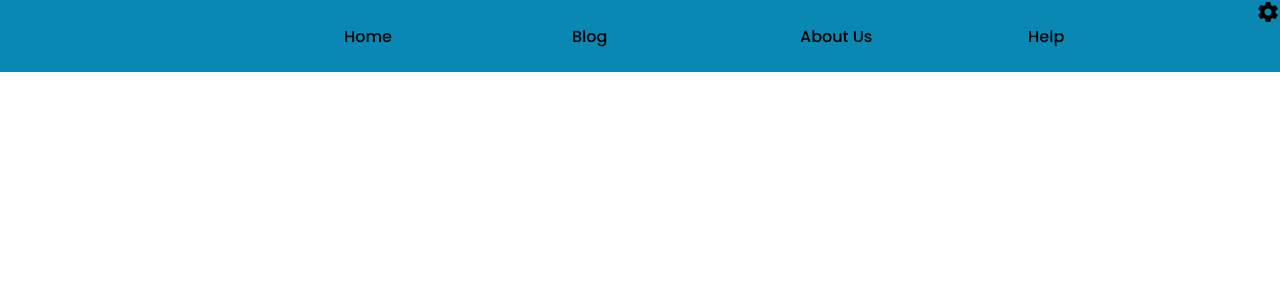
Repository: rockymalubay/Collab1
Page: index.html
These files come from the project's save history. The page is drawn as it stood at one moment and after the next save; the edit follows.
The browser window is 1280 px wide. The pictures show the whole page.

Above is the page before, as saved 2020-02-13 14:38:39.

### index.html
<!DOCTYPE html>
<html lang="en">
    <head>
        <meta charset="UTF-8">
        <title>Collab1</title>
        <link href="https://fonts.googleapis.com/icon?family=Material+Icons"
      rel="stylesheet">
      <link href="https://fonts.googleapis.com/css?family=Poppins:500&display=swap"
      rel="stylesheet">
        <link rel="stylesheet" href="header.css">
        <!-- Enter Your links to css-->
    </head>
    <body>
        <header id="header">
            <div id="logo"> <img src=""> </div>
            <ul id="menubar">
                <li class="menu">Home</li>
                <li class="menu">Blog</li>
                <li class="menu">About Us</li>
                <li class="menu">Help</li>
            </ul>
            <div id="buttons"><i class="material-icons">
                settings
                </i></div>
        <div id="settings">
            <!-- Settings Start-->

            <!-- Settings end-->
        </div>
        <div id="avatar">
            <!-- Avatar Start-->


            <!-- Avatar End-->
        </div>
        <footer id="footer ">
            <!-- Footer Starts -->

            <!-- Footer Ends-->
        </footer>


        <!-- Enter your js scripts here-->

        <script src="header.js"></script>
    </body>
</html>

### header.css
body {
    margin: 0;
}
#header {
    width: 100vw;
    height: 10vh;
    position: fixed;
    display: flex;
    flex-direction: row;
    background-color: rgb(9, 136, 179);
}
#logo{
    flex: 1;
    justify-content: center;
    align-items: center;
}
#menubar{
    display: flex;
    flex: 3;
    justify-content: center;
    align-items: center;
}

.menu {
    font-family: 'Poppins', sans-serif;
    flex: 1;
    list-style: none;
}

Loaded but not shown: header.js (no copy from this time; the picture is the same without it)

After the next save:
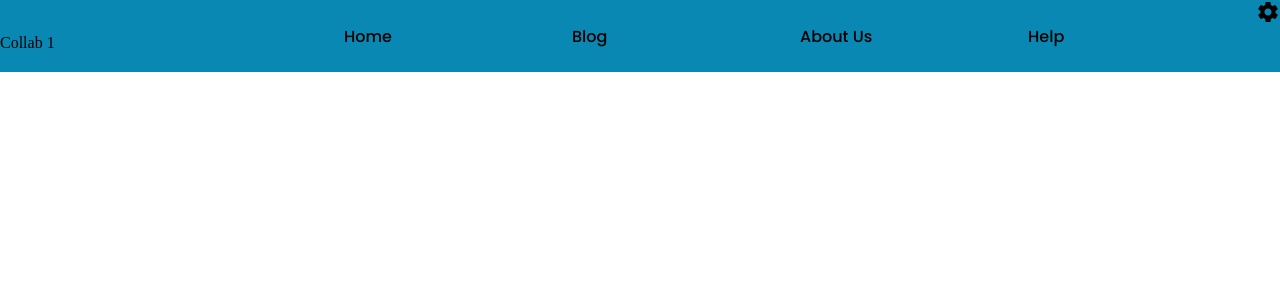
Saved 39 s later.
--- a/index.html
+++ b/index.html
@@ -12,7 +12,7 @@
     </head>
     <body>
         <header id="header">
-            <div id="logo"> <img src=""> </div>
+            <div id="logo"> <img src=""> <p> Collab 1 </p> </div>
             <ul id="menubar">
                 <li class="menu">Home</li>
                 <li class="menu">Blog</li>
